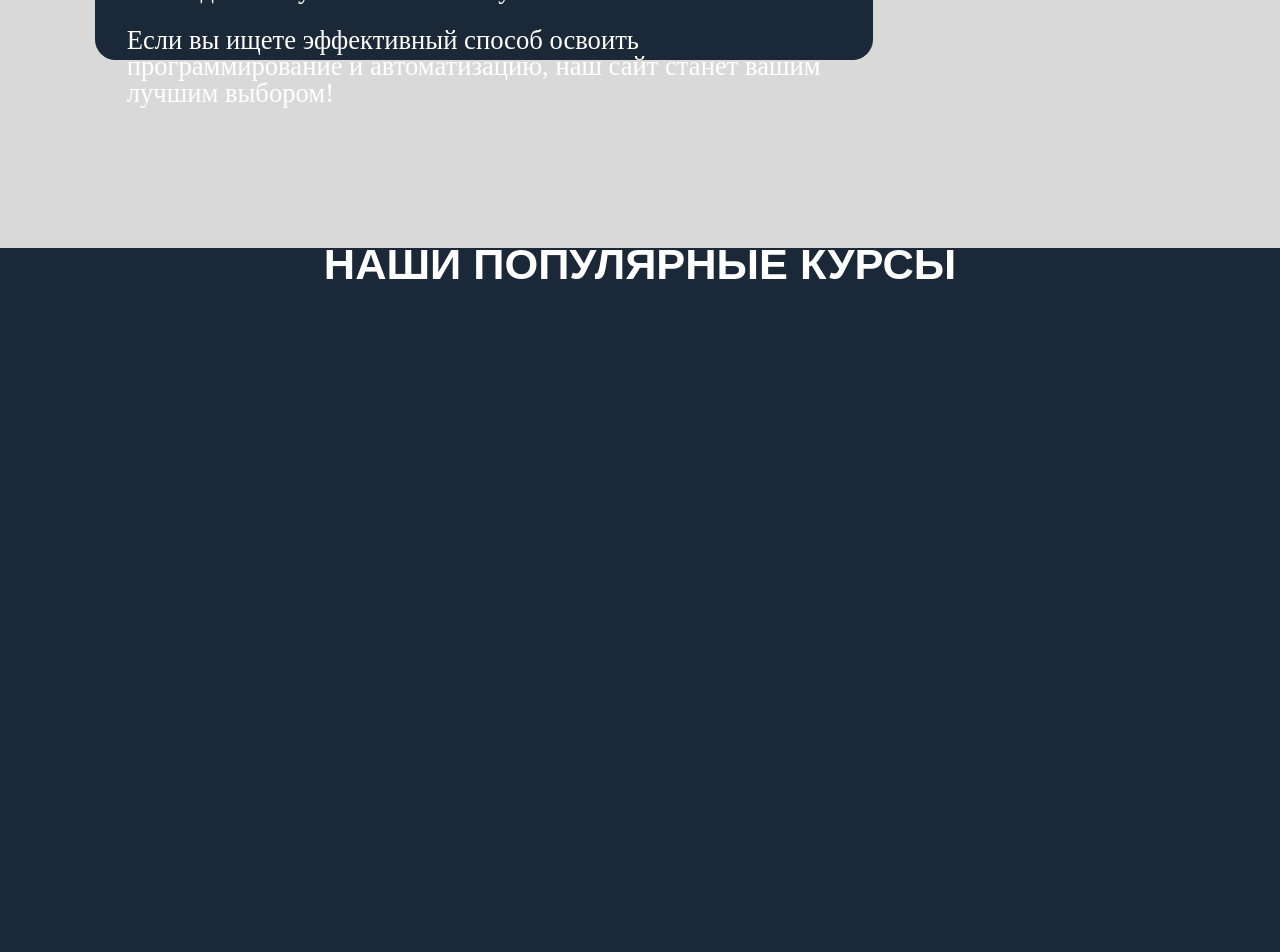
Repository: marjango/course
Page: /
The author's editor kept a copy of each file at every save. The page is drawn from the files as they stood at one save, then again after the next save.
The browser window is 1280 px wide. The pictures show the part of the page from y = 1441 to 2393 px (the page is 2534 px tall before and 2524 px after).
The project was rebuilt for these pictures with package versions that can differ from the ones it lists, and the page was loaded fresh each time. The framework's server and built-in components were replaced by stand-ins that run in the browser. Also part of the build but not shown: next.config.ts.

Above is the page before, as saved 2025-03-25 01:45:08.

After the next save:
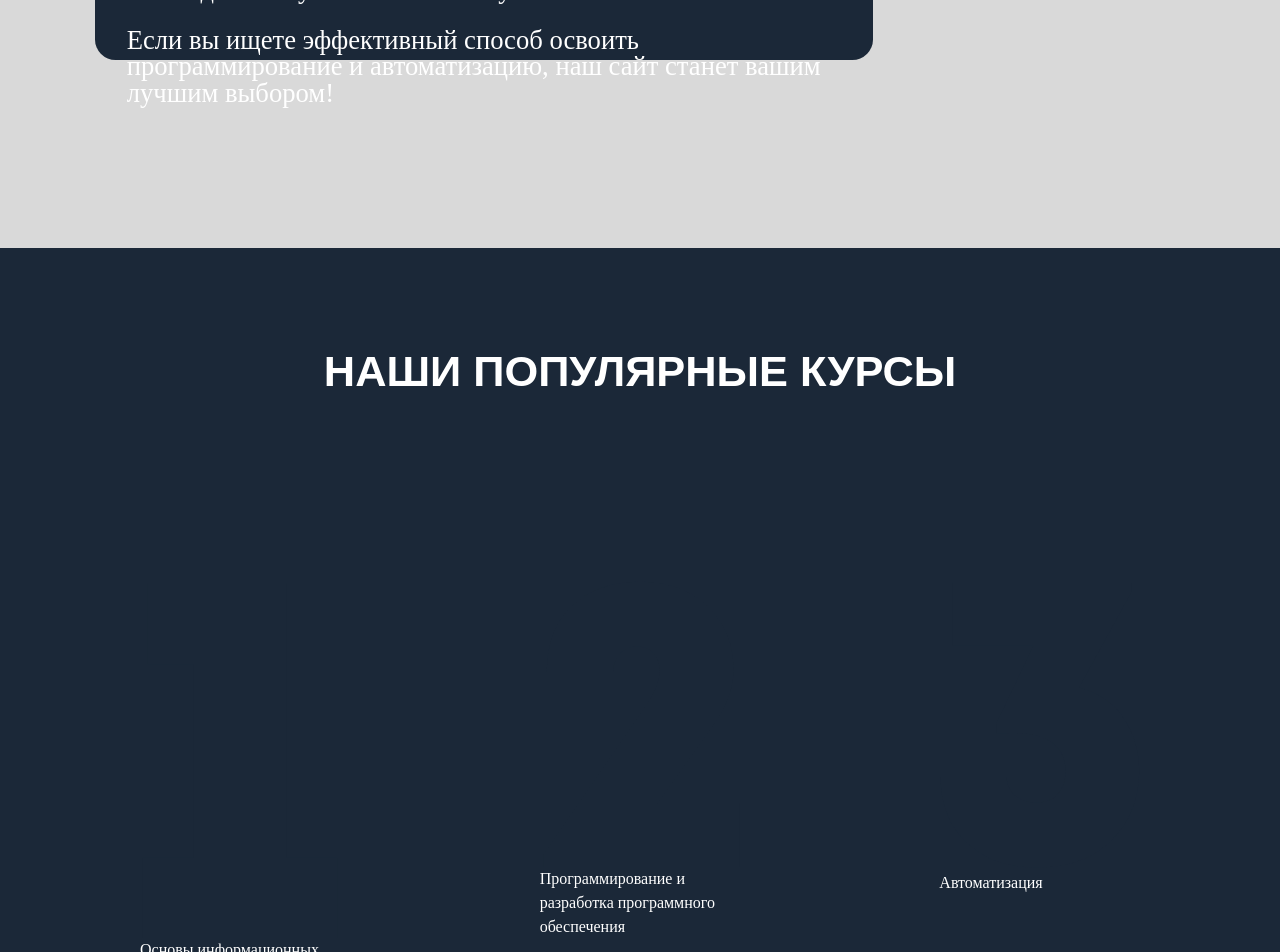
Saved 14 s later.
--- a/app/mainpage/main.module.css
+++ b/app/mainpage/main.module.css
@@ -160,5 +160,5 @@
   }
   .courses  {
     display: flex;
-
+    gap: 199px;
   }
